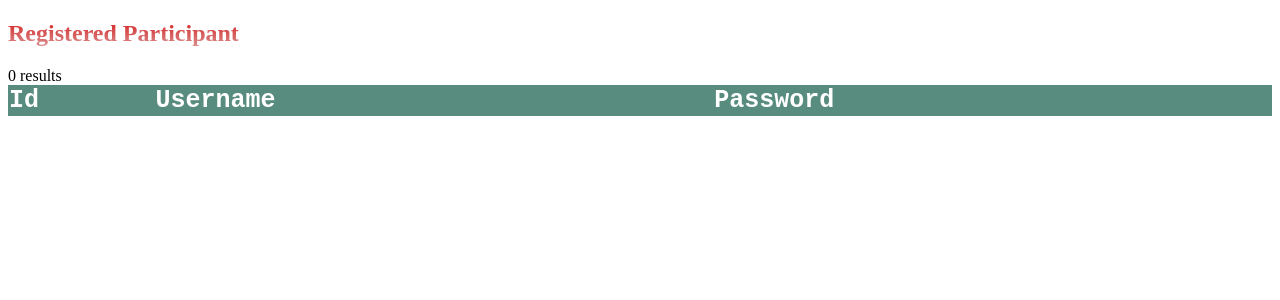
Repository: farhan-helmy/web_prog_project_dulu2
Page: http://localhost/view.php
The author's editor kept a copy of each file at every save. The page is drawn from the files as they stood at one save, then again after the next save.
The browser window is 1280 px wide. The pictures show the whole page.
The page is run by PHP 8.4 with error messages shown; the project is at /var/www/html/. Queries for data that is not in the repository find no rows.

Above is the page before, as saved 2020-05-12 07:19:32.

### view.php
<!DOCTYPE html>
<html>
<head>
<title>Table with database</title>
<style>
table {
border-collapse: collapse;
width: 100%;
color: #588c7e;
font-family: monospace;
font-size: 25px;
text-align: left;
}
th {
background-color: #588c7e;
color: white;
}
tr:nth-child(even) {background-color: #f2f2f2}
h2 {
      background: -webkit-linear-gradient(rgb(212, 30, 30), rgb(218, 146, 146));
      -webkit-background-clip: text;
      -webkit-text-fill-color: transparent;
    }
</style>
</head>
<body>
<h2>Registered Participant</h2>
<table>
<tr>
<th>Id</th>
<th>Username</th>
<th>Password</th>
</tr>
<?php
$conn = mysqli_connect("localhost", "root", "", "webproject");
// Check connection
if ($conn->connect_error) {
die("Connection failed: " . $conn->connect_error);
}
$sql = "SELECT name, email, eventname, tickets FROM registration";
$result = $conn->query($sql);
if ($result->num_rows > 0) {
// output data of each row
while($row = $result->fetch_assoc()) {
echo "<tr><td>" . $row["name"]. "</td><td>" . $row["email"] . "</td><td>" . $row["eventname"] . "</td><td>"
. $row["tickets"]. "</td></tr>";
}
echo "</table>";
} else { echo "0 results"; }
$conn->close();
?>
</table>
</body>
</html>

After the next save:
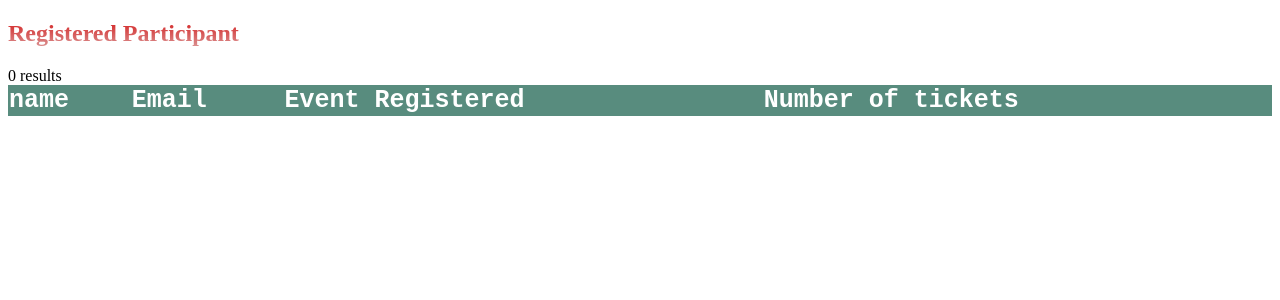
Saved 76 s later.
--- a/view.php
+++ b/view.php
@@ -27,9 +27,10 @@
 <h2>Registered Participant</h2>
 <table>
 <tr>
-<th>Id</th>
-<th>Username</th>
-<th>Password</th>
+<th>name</th>
+<th>Email</th>
+<th>Event Registered</th>
+<th>Number of tickets</th>
 </tr>
 <?php
 $conn = mysqli_connect("localhost", "root", "", "webproject");
